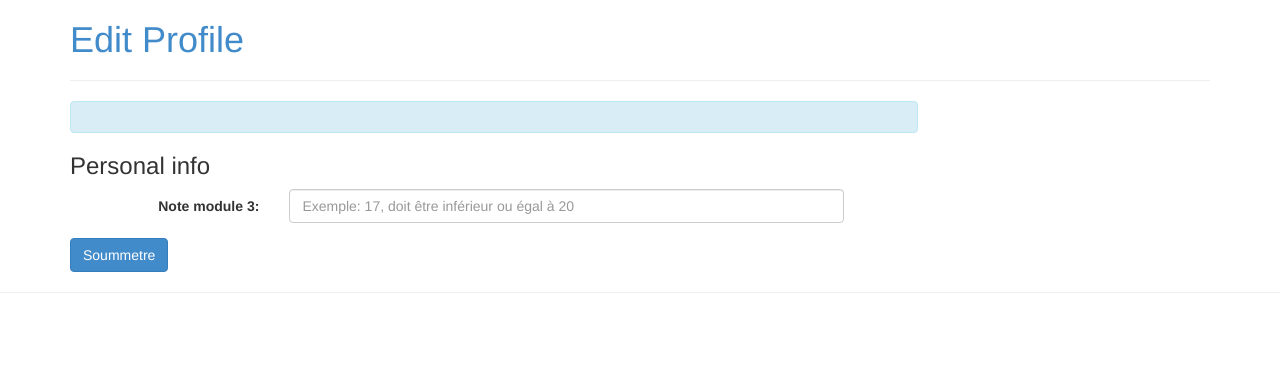
Repository: tt5300447/parakeet
Page: http://localhost/
The author's editor kept a copy of each file at every save. The page is drawn from the files as they stood at one save, then again after the next save.
The browser window is 1280 px wide. The pictures show the whole page.
The page is run by PHP 8.4 with error messages shown; the project is at /var/www/html/.

Above is the page before, as saved 2022-06-22 12:25:48.
Console error (its wording comes from the project's code and is left out).

### Copier/htdocs/Supprimer/index.php
<!DOCTYPE html>
<html lang="en">

<head>
    <meta charset="UTF-8">
    <meta http-equiv="X-UA-Compatible" content="IE=edge">
    <meta name="viewport" content="width=device-width, initial-scale=1.0">
    <title>Update </title>
    <link rel="stylesheet" href="style.css">
    <link rel="stylesheet" href="bootstrap.min.css">
    <link rel="shortcut icon" type="image/x-icon" href="update.png">
    <link rel="apple-touch-icon" sizes="76x76" href="update.png">
    <link rel="alternate" type="application/rss+xml" href="rss">
</head>

<body>
    <div class="container bootstrap snippets bootdey">
        <h1 class="text-primary">Edit Profile</h1>
        <hr>
        <div class="row">
            <!-- left column -->
            <!-- edit form column -->
            <div class="col-md-9 personal-info">
                <div class="alert alert-info alert-dismissable">
                    <?php

?>
                    <a class="panel-close close" data-dismiss="alert"></a>
                </div>
                <h3>Personal info</h3>
                <form class="form-horizontal" method="post" role="form">
                    <div class="form-group">
                        <label class="col-lg-3 control-label">Note module 3:</label>
                        <div class="col-lg-8">
                            <input class="form-control" name="module_3" type="number" placeholder="Exemple: 17, doit être inférieur ou égal à 20" />
                        </div>
                    </div>
                    <button type="submit" class="btn btn-primary">Soummetre</button>
                </form>
            </div>
        </div>
    </div>
    <hr>
    <script type="text/javascript" src="popper.min.js"></script>
    <script src="bootstrap.min.js"></script>
    <script type="text/javascript" src="script.js"></script>
</body>

</html>

### Copier/htdocs/Supprimer/style.css
body {
    margin-top: 20px;
}

.avatar {
    width: 200px;
    height: 200px;
}

### Copier/htdocs/Supprimer/script.js
//signup form validation
$(function() {
    $("#errorname").hide();
    $("#errorusername").hide();
    $("#erroremail").hide();
    $("#errorpass").hide();
    $("#errorconpass").hide();

    var error_name = false;
    var error_username = false;
    var error_email = false;
    var error_pass = false;
    var error_conpass = false;

    $("#form_name").focusout(function() {
        checkName();
    });
    $("#form_username").focusout(function() {
        checkUserName();
    });
    $("#form_email").focusout(function() {
        checkEmail();
    });
    $("#form_pwd").focusout(function() {
        checkPass();
    });
    $("#form_conpwd").focusout(function() {
        checkConPass();
    });

    // check name
    function checkName() {
        var name = $("#form_name").val();
        var pattern = new RegExp(/^[a-zA-Z ]{5,30}$/);
        if (!pattern.test(name)) {
            $("#errorname").html("Should be between 5-30 contains only space");
            $("#errorname").show(300);
            error_name = true;
        } else {
            $("#errorname").hide(400);
        }
    }
    // check username
    function checkUserName() {
        var username = $("#form_username").val();
        var pattern = new RegExp(/^[a-zA-Z0-9._]{6,20}$/);
        if (!pattern.test(username)) {
            $("#errorusername").html(
                "Should be between 6-20 contains only alphabets numbers . _"
            );
            $("#errorusername").show(300);
            error_username = true;
        } else {
            $("#errorusername").hide(400);
        }
    }

    //check email
    function checkEmail() {
        var pattern = new RegExp(
            /^[+a-zA-Z0-9._-]+@[a-zA-Z0-9.-]+\.[a-zA-Z]{2,4}$/i
        );
        if (pattern.test($("#form_email").val())) {
            $("#erroremail").hide(400);
        } else {
            $("#erroremail").html("Invalid email address");
            $("#erroremail").show(300);
            error_email = true;
        }
    }

    // check password
    function checkPass() {
        var password = $("#form_pwd").val();
        var pattern = new RegExp(
            /^(?=.*?[A-Z])(?=.*?[a-z])(?=.*?[0-9])(?=.*?[#?!@$%^&*-]).{8,}$/
        );

        if (!pattern.test(password)) {
            $("#errorpass").html(
                "Should be at least a uppercase,lowercase,number,special characters and minimum length 8"
            );
            $("#errorpass").show(300);
            error_pass = true;
        } else {
            $("#errorpass").hide(400);
        }
    }

    // check confirm password
    function checkConPass() {
        var password = $("#form_pwd").val();
        var con_pass = $("#form_conpwd").val();
        if (password != con_pass) {
            $("#errorconpass").html("Password not match");
            $("#errorconpass").show(300);
            error_conpass = true;
        } else {
            $("#errorconpass").hide(400);
        }
    }

    //form submit
    $("#reg_form").submit(function() {
        error_name = false;
        error_username = false;
        error_email = false;
        error_pass = false;
        error_conpass = false;
        checkName();
        checkUserName();
        checkEmail();
        checkPass();
        checkConPass();

        if (
            error_name == false &&
            error_username == false &&
            error_email == false &&
            error_pass == false &&
            error_conpass == false
        ) {
            return true;
        } else {
            return false;
        }
    });
});

Loaded but not shown: Copier/htdocs/Supprimer/bootstrap.min.css (library); Copier/htdocs/Supprimer/popper.min.js (library); Copier/htdocs/Supprimer/bootstrap.min.js (library)

After the next save:
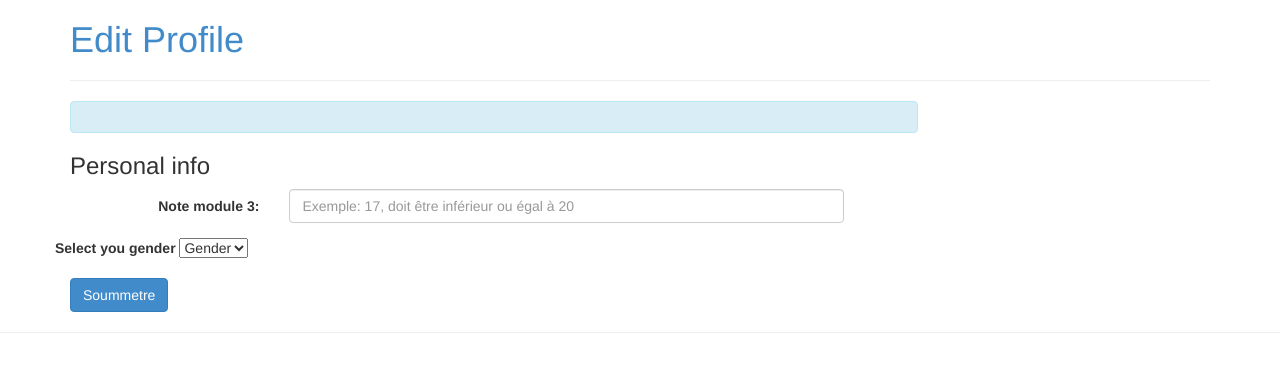
Saved 59 s later.
--- a/Copier/htdocs/Supprimer/index.php
+++ b/Copier/htdocs/Supprimer/index.php
@@ -23,7 +23,6 @@
             <div class="col-md-9 personal-info">
                 <div class="alert alert-info alert-dismissable">
                     <?php
-
 ?>
                     <a class="panel-close close" data-dismiss="alert"></a>
                 </div>
@@ -34,6 +33,15 @@
                         <div class="col-lg-8">
                             <input class="form-control" name="module_3" type="number" placeholder="Exemple: 17, doit être inférieur ou égal à 20" />
                         </div>
+                    </div>
+                     <div class="form-group">
+                        <label for="gender"> Select you gender</label>
+<select name="gender">
+	<option value="none" selected>Gender</option>
+	<option value="male">Male</option>
+	<option value="female">Female</option>
+	<option value="other">other</option>
+</select>
                     </div>
                     <button type="submit" class="btn btn-primary">Soummetre</button>
                 </form>
